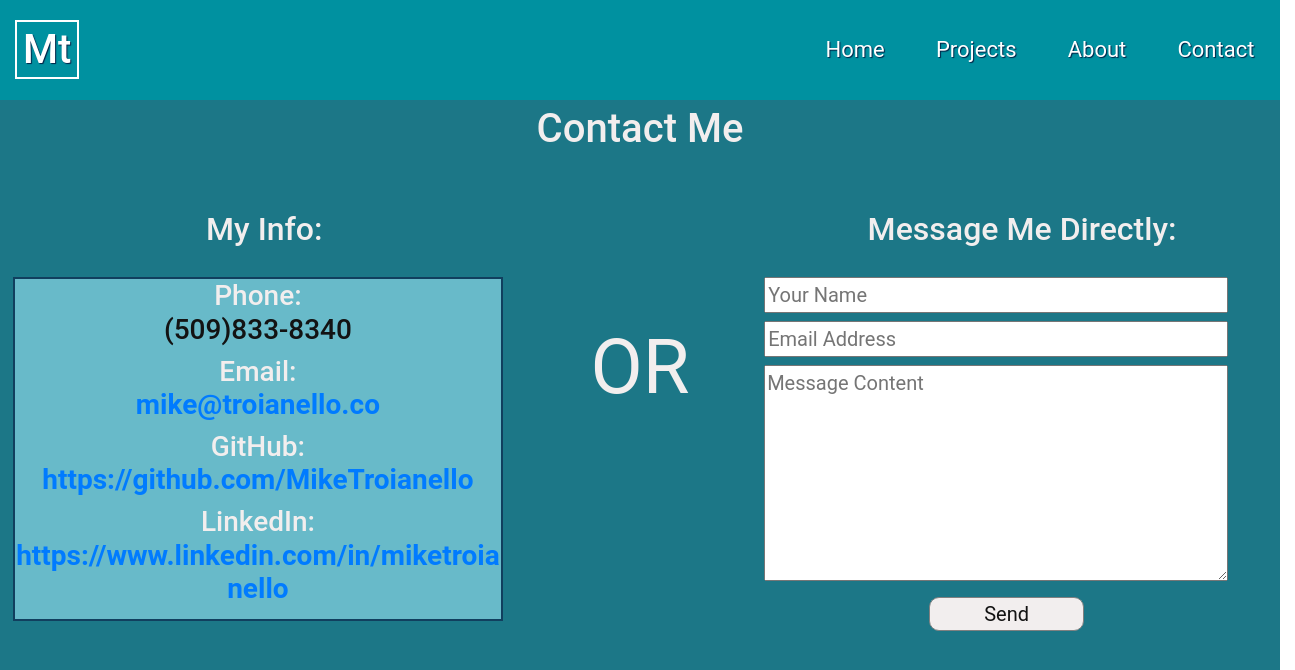
Repository: MikeTroianello/troianello
Page: /contact
An editor plug-in stored every save of this project. The page is shown before and after the next save, followed by the edit.
The browser window is 1280 px wide. The page is 1280 px wide, then 1295 px, then 1280 px, so the pictures cover 1295 px, including what lies to the right of the window. The pictures show the whole page.
The project was rebuilt for these pictures with package versions that can differ from the ones it lists, and the page was loaded fresh each time. Also part of the build but not shown: src/components/Greet/Greet.css, src/components/Greet/GreetMobile.css, src/components/Greet/Greet4k.css, src/components/Greet/Greet.js, src/components/cards/RainbowDay.js, src/components/cards/CanvasBubbles.js, src/components/cards/projectCard.css, src/components/cards/projectCardMobile.css and 8 more.

Above is the page before, as saved 2019-08-29 16:48:01.

After the next save:
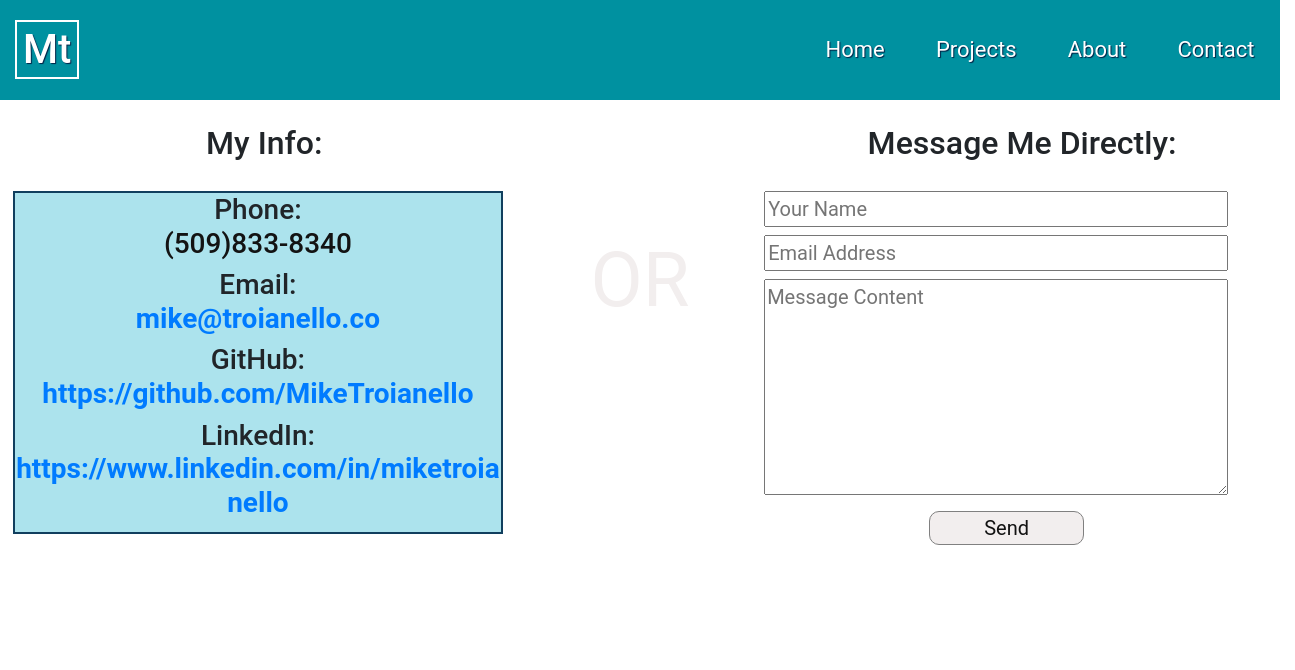
Saved 2 min 16 s later.
--- a/src/components/locations/Contact/Contact.js
+++ b/src/components/locations/Contact/Contact.js
@@ -2,9 +2,9 @@
 import './Contact.css';
 import './ContactMobile.css';
 
-export default function Contact() {
+export default function Contact(props) {
   return (
-    <div className='contact-page'>
+    <div className={props.bg}>
       <h1 className='contact-center'>Contact Me</h1>
       <div className='row'>
         <div className='col-sm-5 contact-side-one'>

After the 2 saves that followed:
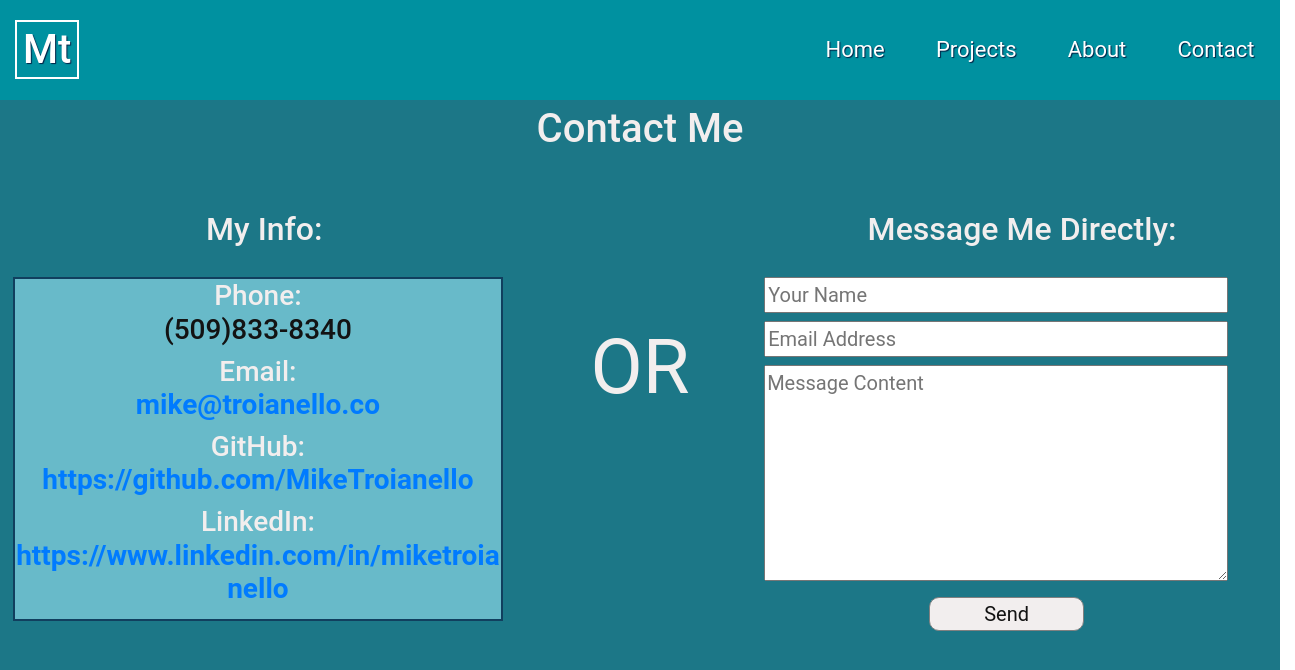
The 2 saves are shown as one change because 1 left the picture as it was.
The last was saved 59 s later.
--- a/src/components/locations/Contact/Contact.js
+++ b/src/components/locations/Contact/Contact.js
@@ -4,7 +4,7 @@
 
 export default function Contact(props) {
   return (
-    <div className={props.bg}>
+    <div className='contact-page'>
       <h1 className='contact-center'>Contact Me</h1>
       <div className='row'>
         <div className='col-sm-5 contact-side-one'>
